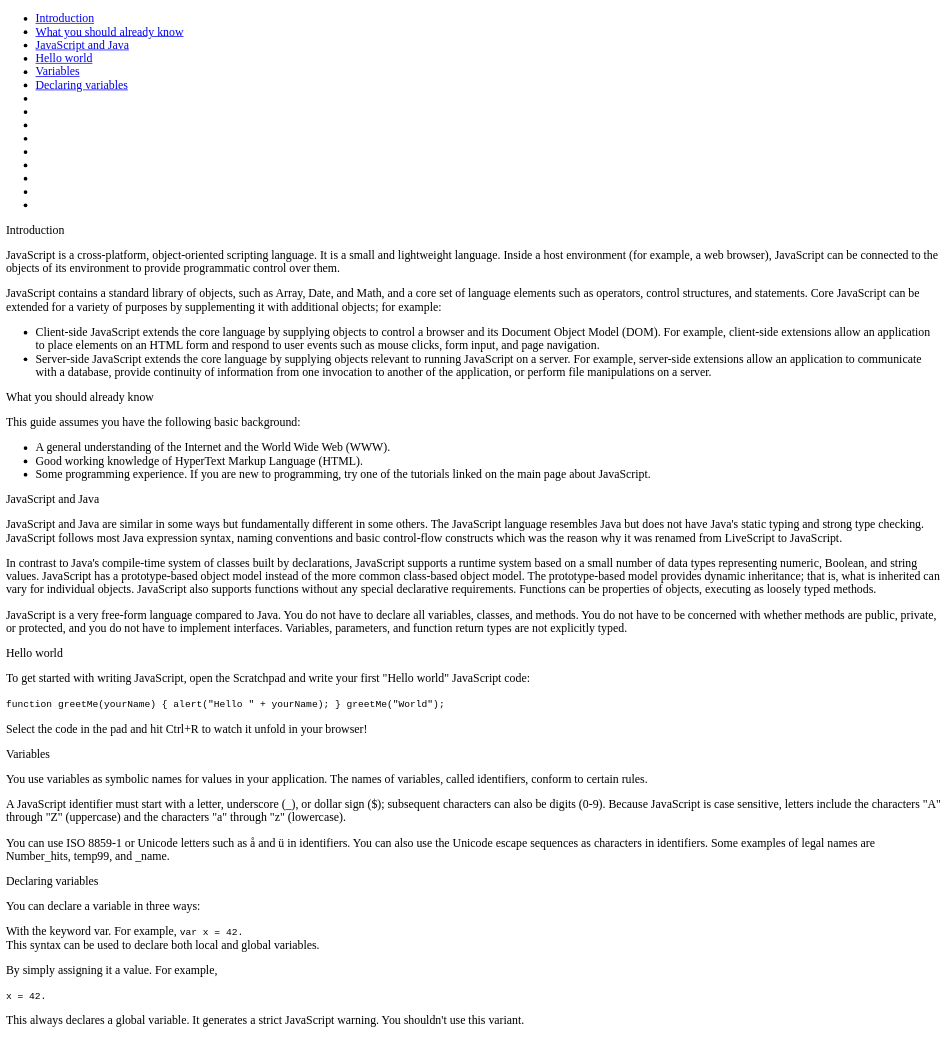
Repository: Lungdjos/technical_document_page_certificate
Page: index.html
An editor plug-in stored every save of this project. The page is shown before and after the next save, followed by the edit.
The browser window is 1280 px wide. The pictures show the whole page, at 74% of full size.

Above is the page before, as saved 2023-11-20 22:12:23.

### index.html
<!DOCTYPE html>
<html lang="en">

<head>
    <meta charset="UTF-8">
    <meta name="viewport" content="width=device-width, initial-scale=1.0">
    <title>Technical Document</title>
    <link rel="stylesheet" href="./styles.css">
</head>

<body>
    <nav id="nav-bar">
        <header></header>
        <ul>
            <li>
                <a href="#Introduction" class="navlink">Introduction</a>
            </li>
            <li>
                <a href="#What_you_should_already_know" class="navlink">What you should already know</a>
            </li>
            <li>
                <a href="#JavaScript_and_Java" class="navlink">JavaScript and Java</a>
            </li>
            <li>
                <a href="#Hello_world" class="navlink">Hello world</a>
            </li>
            <li>
                <a href="#Variables" class="navlink">Variables</a>
            </li>
            <li>
                <a href="#Declaring_variables" class="navlink">Declaring variables</a>
            </li>
            <li>
                <a href="" class="navlink"></a>
            </li>
            <li>
                <a href="" class="navlink"></a>
            </li>
            <li>
                <a href="" class="navlink"></a>
            </li>
            <li>
                <a href="" class="navlink"></a>
            </li>
            <li>
                <a href="" class="navlink"></a>
            </li>
            <li>
                <a href="" class="navlink"></a>
            </li>
            <li>
                <a href="" class="navlink"></a>
            </li>
            <li>
                <a href="" class="navlink"></a>
            </li>
            <li>
                <a href="" class="navlink"></a>
            </li>
        </ul>
    </nav>
    <main id="main-doc">
        <section class="main-section" id="Introduction">
            <header id="">Introduction</header>
            <p>JavaScript is a cross-platform, object-oriented scripting language. It is a small and lightweight language. Inside a host environment (for example, a web browser), JavaScript can be connected to the objects of its environment to provide programmatic
                control over them.</p>
            <p>JavaScript contains a standard library of objects, such as Array, Date, and Math, and a core set of language elements such as operators, control structures, and statements. Core JavaScript can be extended for a variety of purposes by supplementing
                it with additional objects; for example:
                <ul>
                    <li>Client-side JavaScript extends the core language by supplying objects to control a browser and its Document Object Model (DOM). For example, client-side extensions allow an application to place elements on an HTML form and respond
                        to user events such as mouse clicks, form input, and page navigation.</li>
                    <li>Server-side JavaScript extends the core language by supplying objects relevant to running JavaScript on a server. For example, server-side extensions allow an application to communicate with a database, provide continuity of information
                        from one invocation to another of the application, or perform file manipulations on a server.</li>
                </ul>
            </p>

        </section>
        <section class="main-section" id="What_you_should_already_know">
            <header id="">What you should already know</header>
            <p>This guide assumes you have the following basic background:
                <ul>
                    <li>A general understanding of the Internet and the World Wide Web (WWW).</li>
                    <li>Good working knowledge of HyperText Markup Language (HTML).</li>
                    <li>Some programming experience. If you are new to programming, try one of the tutorials linked on the main page about JavaScript.</li>
                </ul>
            </p>

        </section>
        <section class="main-section" id="JavaScript_and_Java">
            <header id="">JavaScript and Java</header>
            <p>JavaScript and Java are similar in some ways but fundamentally different in some others. The JavaScript language resembles Java but does not have Java's static typing and strong type checking. JavaScript follows most Java expression syntax,
                naming conventions and basic control-flow constructs which was the reason why it was renamed from LiveScript to JavaScript.</p>
            <p>In contrast to Java's compile-time system of classes built by declarations, JavaScript supports a runtime system based on a small number of data types representing numeric, Boolean, and string values. JavaScript has a prototype-based object
                model instead of the more common class-based object model. The prototype-based model provides dynamic inheritance; that is, what is inherited can vary for individual objects. JavaScript also supports functions without any special declarative
                requirements. Functions can be properties of objects, executing as loosely typed methods.</p>
            <p>JavaScript is a very free-form language compared to Java. You do not have to declare all variables, classes, and methods. You do not have to be concerned with whether methods are public, private, or protected, and you do not have to implement
                interfaces. Variables, parameters, and function return types are not explicitly typed.</p>
        </section>
        <section class="main-section" id="Hello_world">
            <header id="">Hello world</header>
            <p>
                To get started with writing JavaScript, open the Scratchpad and write your first "Hello world" JavaScript code:</p>
            <code>function greetMe(yourName) { alert("Hello " + yourName); }
                greetMe("World");</code>
            <p>Select the code in the pad and hit Ctrl+R to watch it unfold in your browser!</p>
        </section>
        <section class="main-section" id="Variables">
            <header id="">Variables</header>
            <p>You use variables as symbolic names for values in your application. The names of variables, called identifiers, conform to certain rules.</p>
            <p>A JavaScript identifier must start with a letter, underscore (_), or dollar sign ($); subsequent characters can also be digits (0-9). Because JavaScript is case sensitive, letters include the characters "A" through "Z" (uppercase) and the
                characters "a" through "z" (lowercase).</p>
            <p>You can use ISO 8859-1 or Unicode letters such as å and ü in identifiers. You can also use the Unicode escape sequences as characters in identifiers. Some examples of legal names are Number_hits, temp99, and _name.</p>
        </section>
        <section class="main-section" id="#Declaring_variables">
            <header id="">Declaring variables</header>
            <p>You can declare a variable in three ways:</p>
            <p>With the keyword var. For example,
                <code>var x = 42.</code> <br> This syntax can be used to declare both local and global variables.</p>
            <p>By simply assigning it a value. For example,</p>
            <code>x = 42.</code><br>
            <p>This always declares a global variable. It generates a strict JavaScript warning. You shouldn't use this variant.</p>
            <p></p>
        </section>
        <section class="main-section" id="">
            <header id=""></header>
            <p></p>
            <p></p>
            <p></p>
        </section>
        <section class="main-section" id="">
            <header id=""></header>
            <p></p>
            <p></p>
            <p></p>
        </section>
        <section class="main-section" id="">
            <header id=""></header>
            <p></p>
            <p></p>
            <p></p>
        </section>
        <section class="main-section" id="">
            <header id=""></header>
            <p></p>
            <p></p>
            <p></p>
        </section>
        <section class="main-section" id="">
            <header id=""></header>
            <p></p>
            <p></p>
            <p></p>
        </section>
        <section class="main-section" id="">
            <header id=""></header>
            <p></p>
            <p></p>
            <p></p>
        </section>
        <section class="main-section" id="">
            <header id=""></header>
            <p></p>
            <p></p>
            <p></p>
        </section>
        <section class="main-section" id="">
            <header id=""></header>
            <p></p>
            <p></p>
            <p></p>
        </section>
    </main>
</body>

</html>

### styles.css
/* A technical document page stylings */

html {
    box-sizing: border-box;
}

body {
    font-family: ;
}

After the next save:
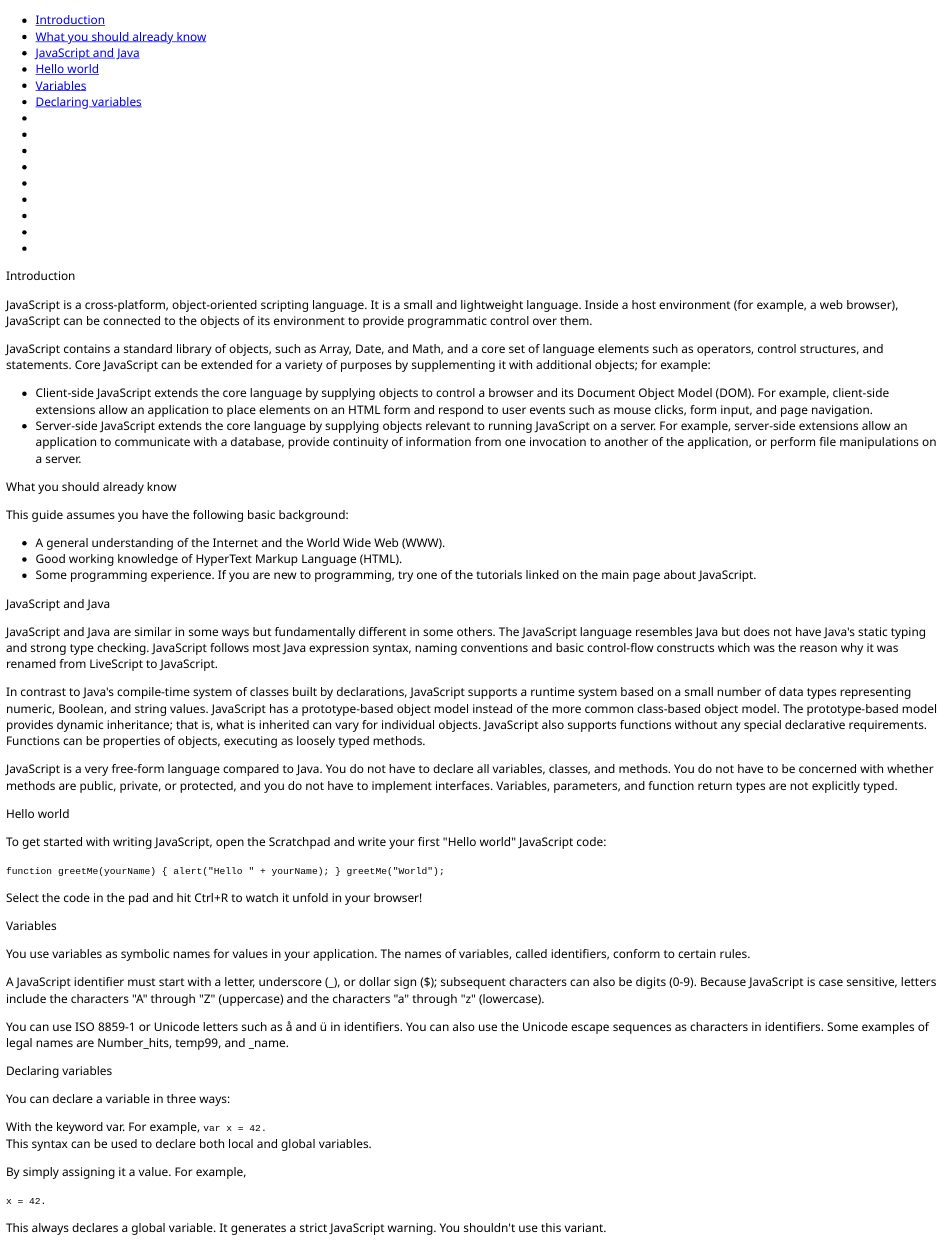
Saved 14 s later.
--- a/styles.css
+++ b/styles.css
@@ -5,5 +5,5 @@ html {
 }
 
 body {
-    font-family: ;
+    font-family: 'Segoe UI', Tahoma, Geneva, Verdana, sans-serif;
 }
